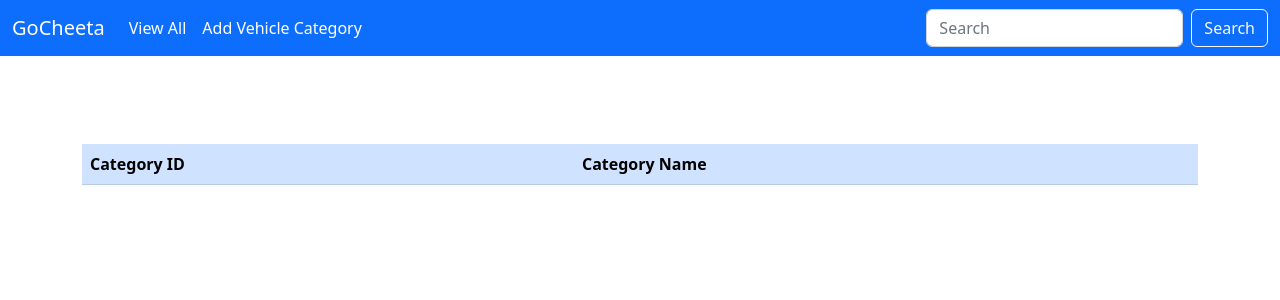
Repository: laksara20/gocheeta
Page: http://localhost/gocheeta-online/VehicleCategory?type=add
An editor plug-in stored every save of this project. The page is shown before and after the next save, followed by the edit.
The browser window is 1280 px wide. The pictures show the whole page.
The page is served by Tomcat 9. Queries for data that is not in the repository find no rows.

Above is the page before, as saved 2022-09-16 14:03:38.

After the next save:
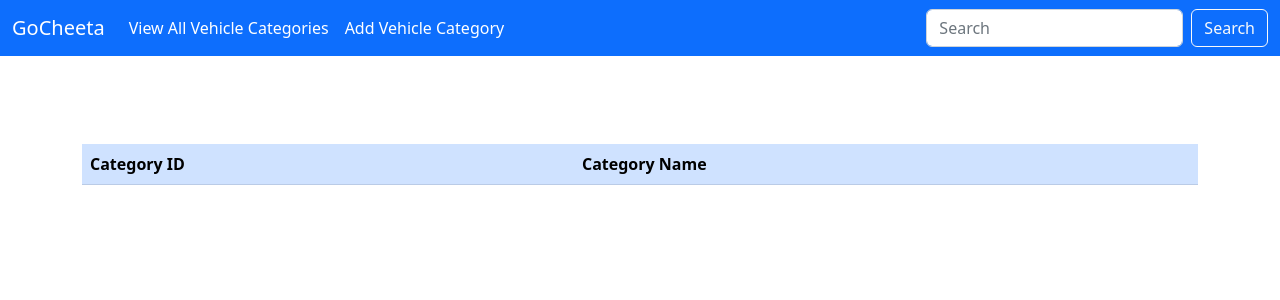
Saved 28 s later.
--- a/gocheeta-online/src/main/webapp/gocheeta-vehiclecategories.jsp
+++ b/gocheeta-online/src/main/webapp/gocheeta-vehiclecategories.jsp
@@ -31,7 +31,7 @@
 			<div class="collapse navbar-collapse" id="navbarSupportedContent">
 				<ul class="navbar-nav me-auto mb-2 mb-lg-0">
 					<li class="nav-item"><a class="nav-link active"
-						aria-current="page" href="#">View All</a></li>
+						aria-current="page" href="#">View All Vehicle Categories</a></li>
 					<li class="nav-item"><a class="nav-link active" href="#">Add
 							Vehicle Category</a></li>
 				</ul>
